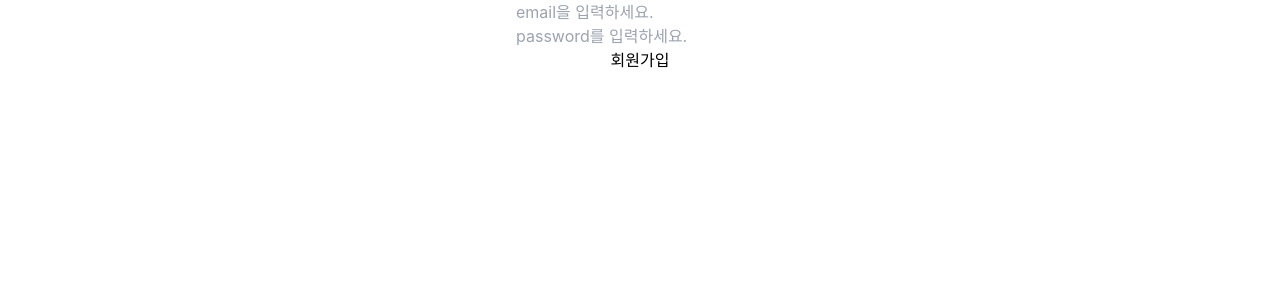
Repository: Hwang-uihyuk/wanted-pre-onboarding-frontend
Page: /signin
The author's editor kept a copy of each file at every save. The page is drawn from the files as they stood at one save, then again after a run of saves.
The browser window is 1280 px wide. The pictures show the whole page.
The project was rebuilt for these pictures with package versions that can differ from the ones it lists, and the page was loaded fresh each time. Also part of the build but not shown: src/App.css, src/pages/Home.jsx, src/pages/SignUp.jsx, src/pages/NotFound.jsx, src/pages/Todo.jsx.

Above is the page before, as saved 2023-02-07 22:20:00.

After the next 2 saves:
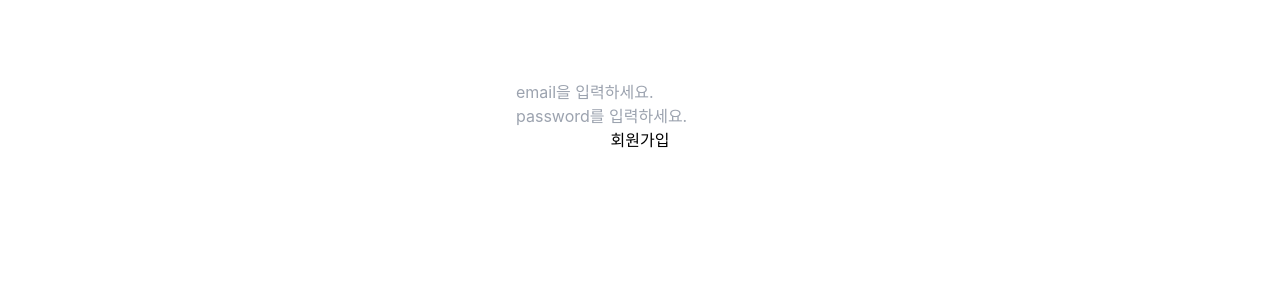
The 2 saves are shown as one change because they came seconds apart.
The last was saved 27 s later.
--- a/src/pages/SignIn.jsx
+++ b/src/pages/SignIn.jsx
@@ -58,7 +58,7 @@ export default function SignIn() {
 
   return (
     <div>
-       <form className='flex flex-col items-center border-x-lime-400'>
+       <form className='flex flex-col items-center self-center m-10 p-10'>
        <input
         data-testid="email-input"
         placeholder='email을 입력하세요.'
